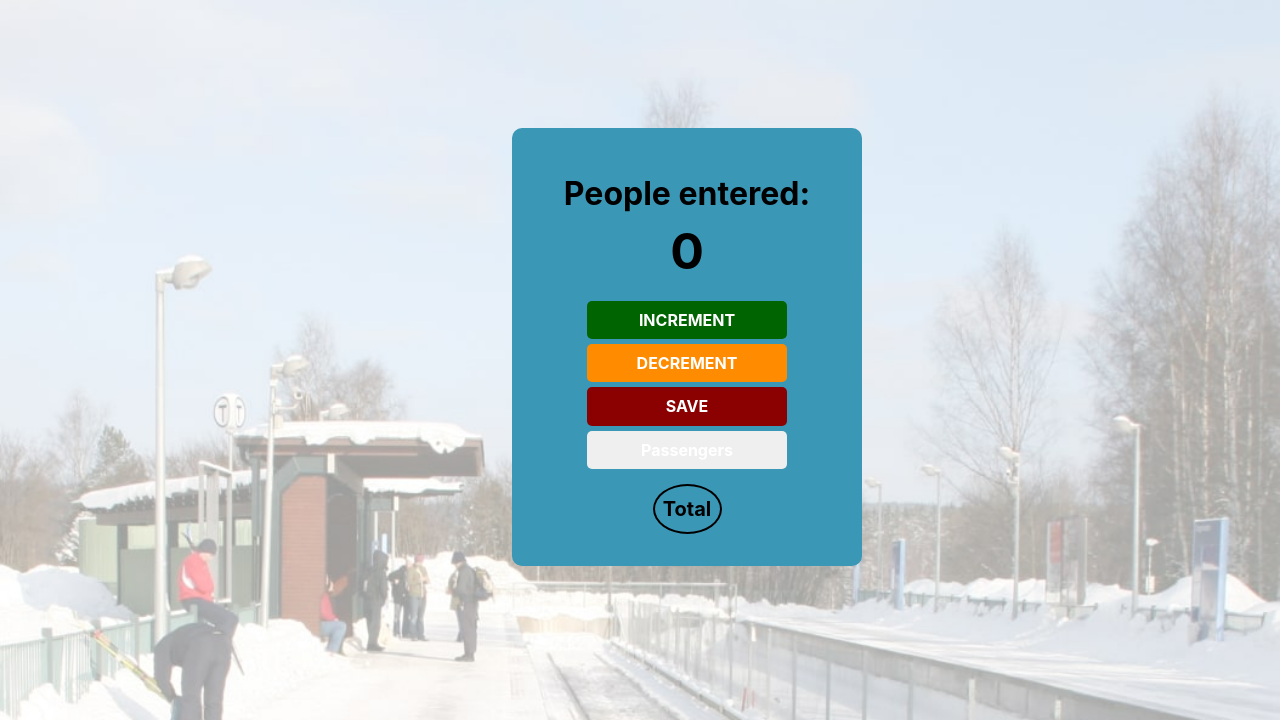
Repository: Siphamandla201/Javascript-Journey
Page: CounterApp/Counter.html
An editor plug-in stored every save of this project. The page is shown before and after the next save, followed by the edit.
The browser window is 1280 px wide. The pictures show the whole page.

Above is the page before, as saved 2023-07-28 09:56:37.

After the next save:
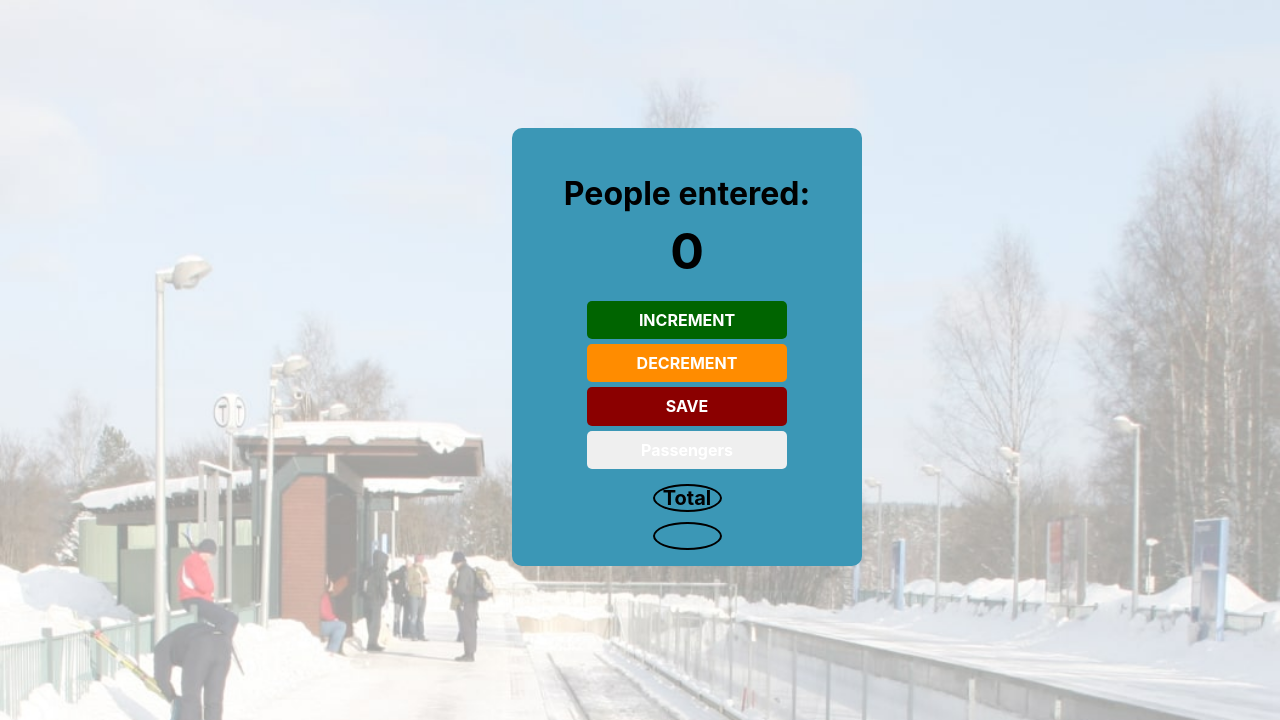
Saved 5 s later.
--- a/CounterApp/Counter.html
+++ b/CounterApp/Counter.html
@@ -13,7 +13,7 @@
             <div id="passenger">
                 <span id="save-el">Total</span>
             </div>
-            <p id="p">
+            <p id="passenger">
 
             </p>
         </main>

After the save that followed:
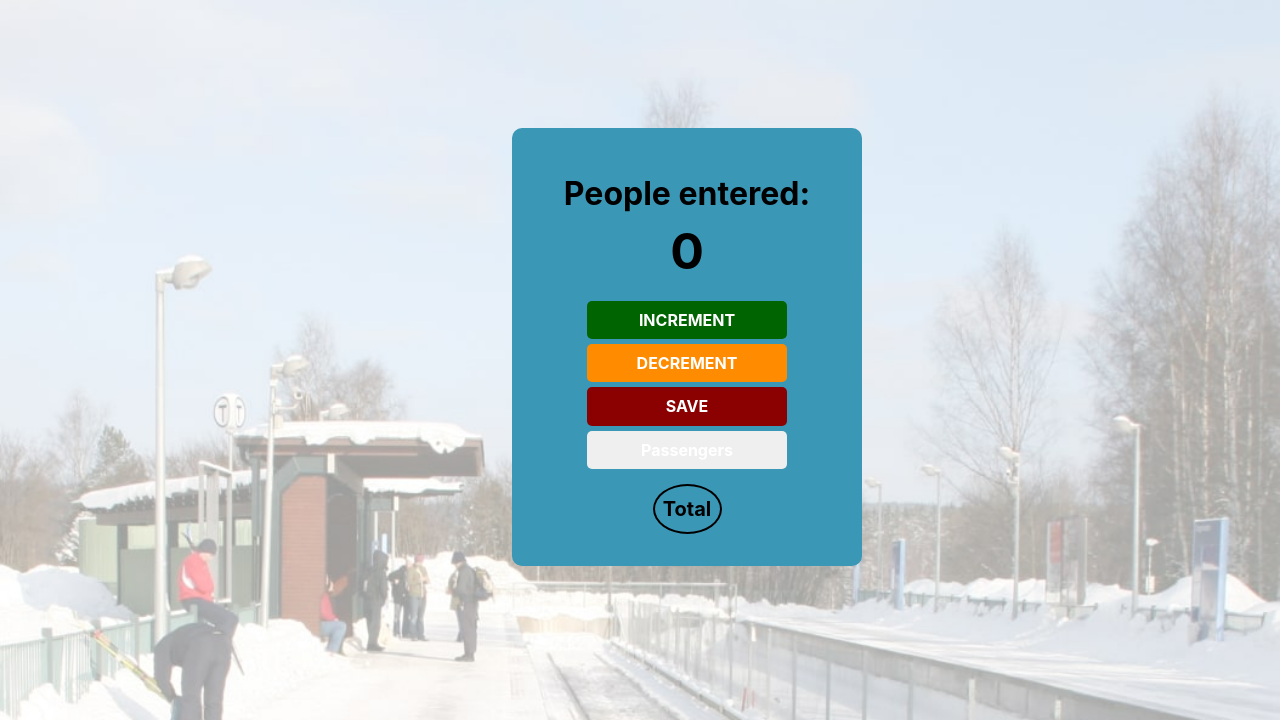
Saved 6 s later.
--- a/CounterApp/Counter.html
+++ b/CounterApp/Counter.html
@@ -13,7 +13,7 @@
             <div id="passenger">
                 <span id="save-el">Total</span>
             </div>
-            <p id="passenger">
+            <p id="passengerList">
 
             </p>
         </main>
